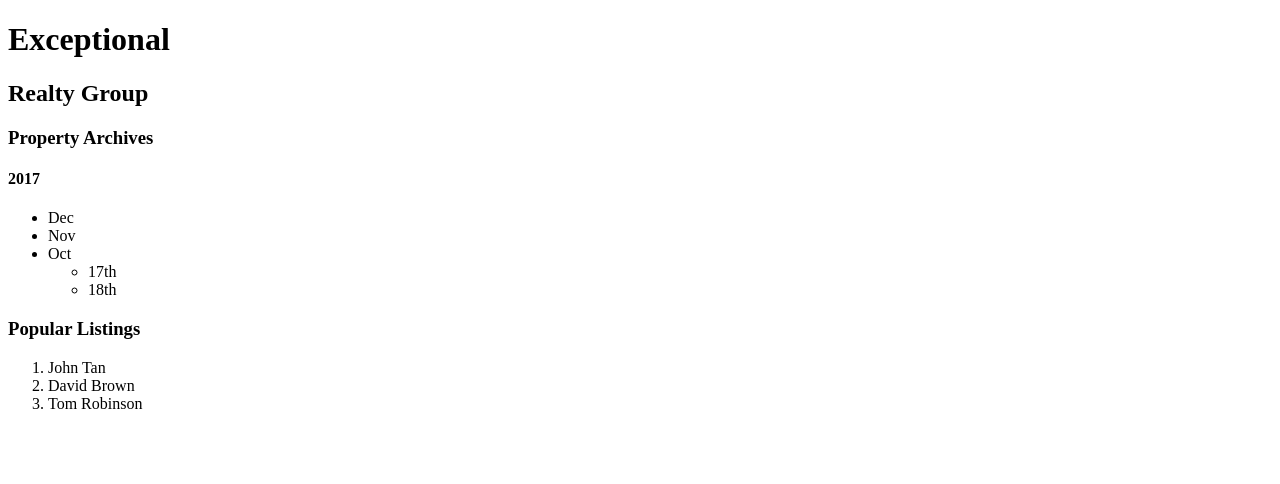
Repository: zjohn9379/exceptional-realty
Page: real-estate-listings.html
The author's editor kept a record of every edit. The page is drawn from the files as they stood at one moment, then again after the next edit.
The browser window is 1280 px wide. The pictures show the whole page.

Above is the page before.

After the next edit:
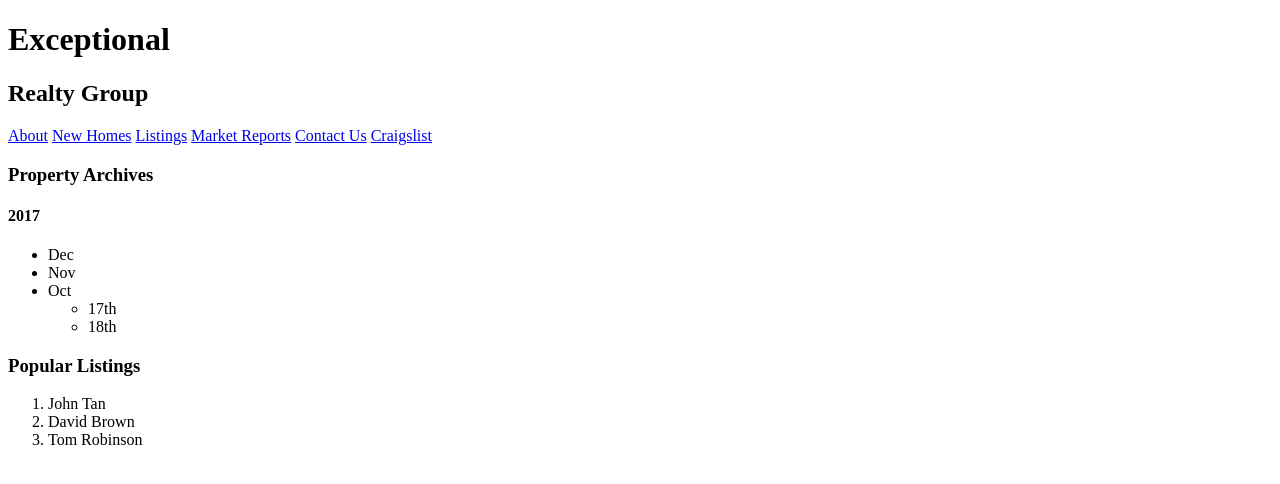
The edit:
--- a/real-estate-listings.html
+++ b/real-estate-listings.html
@@ -7,8 +7,17 @@
 
 <body>
 
-    <h1>Exceptional</h1>
-    <h2>Realty Group</h2>
+        <h1>Exceptional</h1>
+        <h2>Realty Group</h2>
+
+        <p>
+        <a href="index.html">About</a>
+        <a href="new-properties.html">New Homes</a>
+        <a href="real-estate-listings.html">Listings</a>
+        <a href="market-report.html">Market Reports</a>
+        <a href="contact.html">Contact Us</a>
+        <a href="http://www.craiglist.com">Craigslist</a>
+        </p>
 
     <h3>Property Archives</h3>
     <h4>2017</h4>
